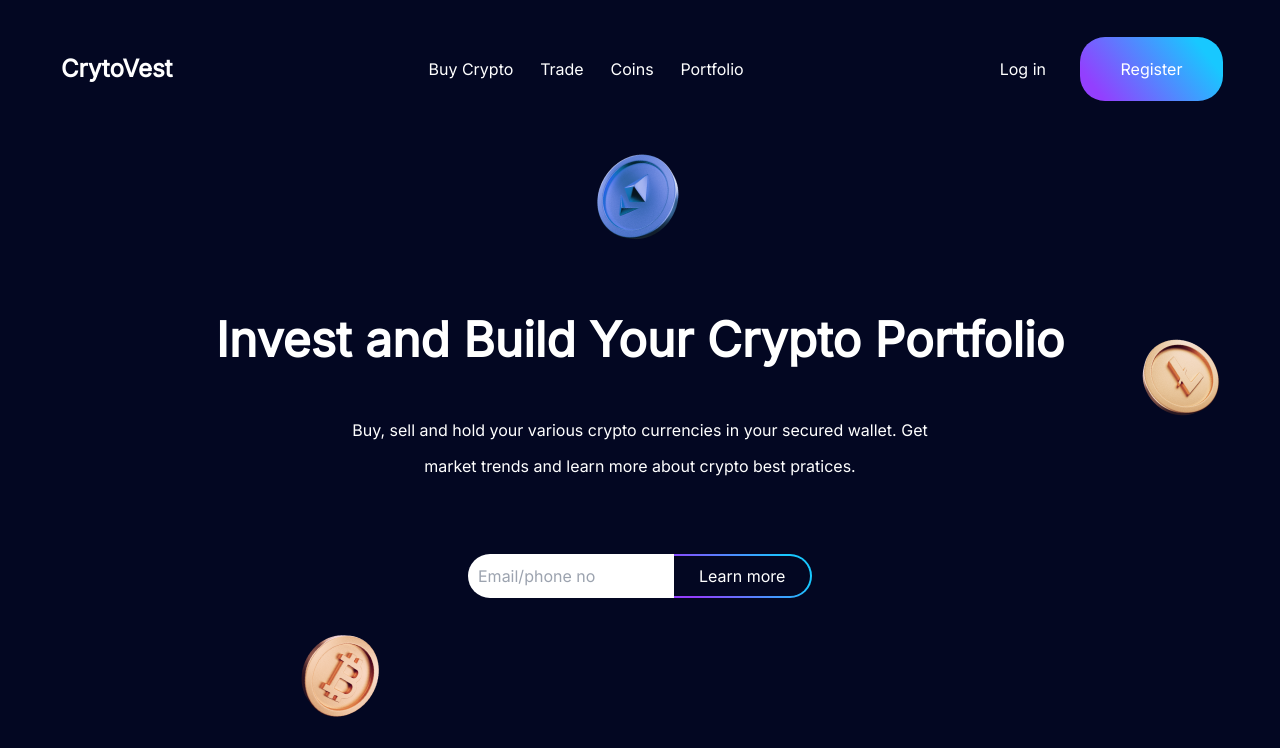
Repository: Eugene44-hub/cryptovest
Page: /
An editor plug-in stored every save of this project. The page is shown before and after the next save, followed by the edit.
The browser window is 1280 px wide. The pictures show the whole page.
The project was rebuilt for these pictures with package versions that can differ from the ones it lists, and the page was loaded fresh each time. Also part of the build but not shown: vite.config.ts.

Above is the page before, as saved 2022-07-15 23:36:43.

After the next save:
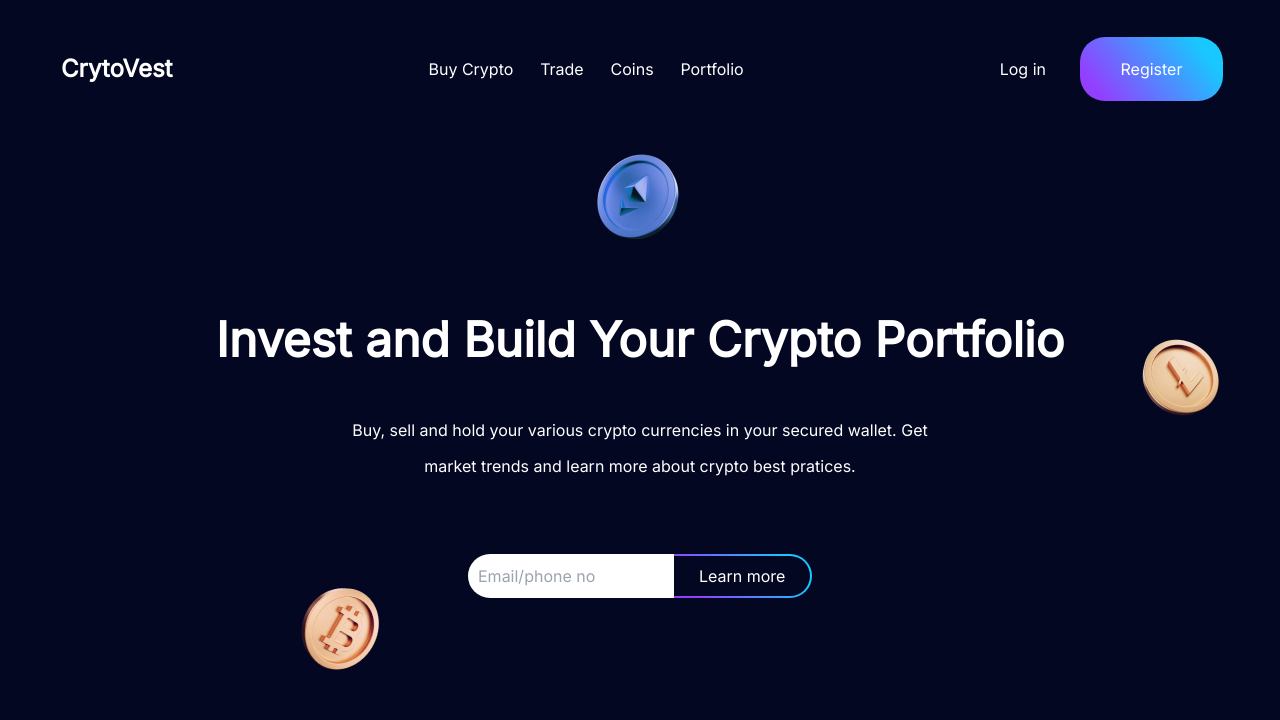
Saved 15 s later.
--- a/src/components/hero/Hero.tsx
+++ b/src/components/hero/Hero.tsx
@@ -31,7 +31,7 @@
               </button>
             </div>
           </div>
-          <figure className='w-[20%] md:absolute'>
+          <figure className='w-[20%] top-0 md:absolute'>
             <img src={bitcoin} className="mt-[8px]" alt="bitcoin" />
           </figure>
           </div>
